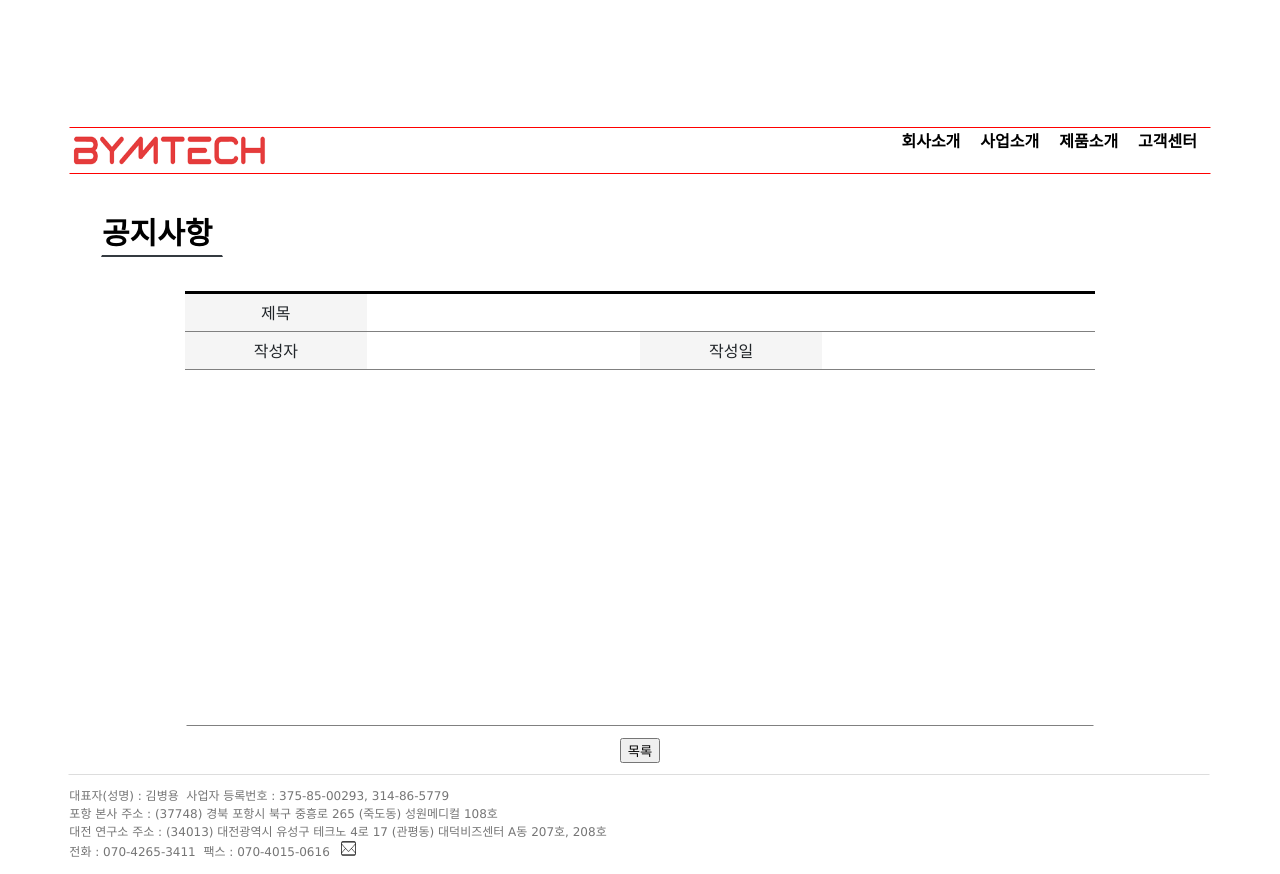
Repository: im4023/Homepage
Page: http://localhost/board/WEB-INF/views/announce/view.jsp
The author's editor kept a copy of each file at every save. The page is drawn from the files as they stood at one save, then again after the next save.
The browser window is 1280 px wide. The pictures show the whole page.
The page is served by Tomcat 9. Nobody is signed in. The template is opened directly, without the code that normally fills it, so the values that code supplies are empty.

Above is the page before, as saved 2020-05-28 02:55:21.

After the next save:
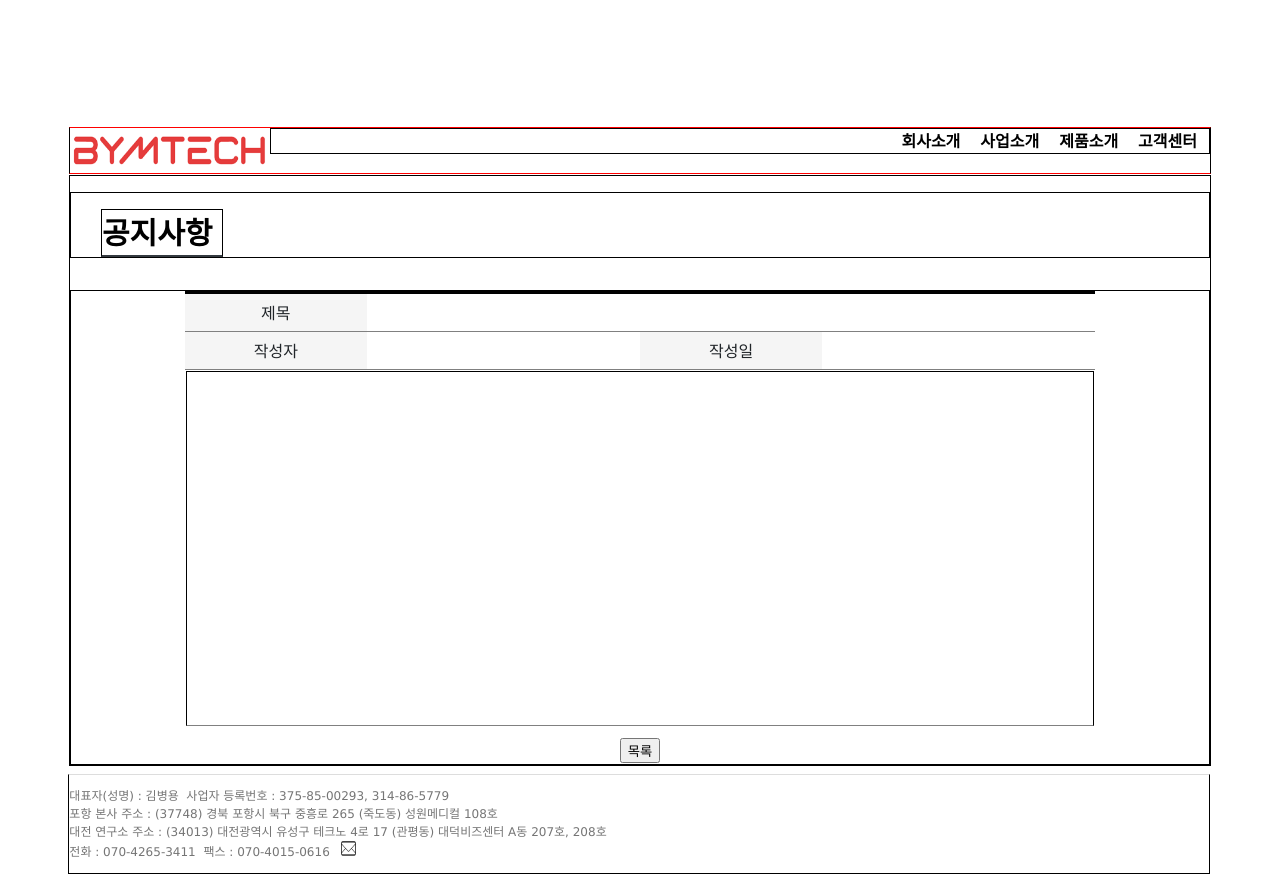
Saved 31 min 22 s later.
--- a/BYMTECH/Homepage_ver1.02/workspace/board/src/main/webapp/resources/css/style.css
+++ b/BYMTECH/Homepage_ver1.02/workspace/board/src/main/webapp/resources/css/style.css
@@ -29,7 +29,7 @@
 
 
 div {
-	border : 1px solid white;
+	border : 1px solid black;
 }
 
 
@@ -747,7 +747,7 @@
 }
 
 .img_intro {
-	width: 90%;
+	 width: 90%;
     height: auto;
     min-width:250px;
     max-height: 480px;
@@ -921,7 +921,14 @@
 	margin-left:20px;
 	margin-right:20px;
 	text-align: center;
-
+	min-width:250px;
+
+}
+
+.googlemap{
+
+	width: 100%;
+	height: 100%;
 }
 
 .inner_title{

After the save that followed:
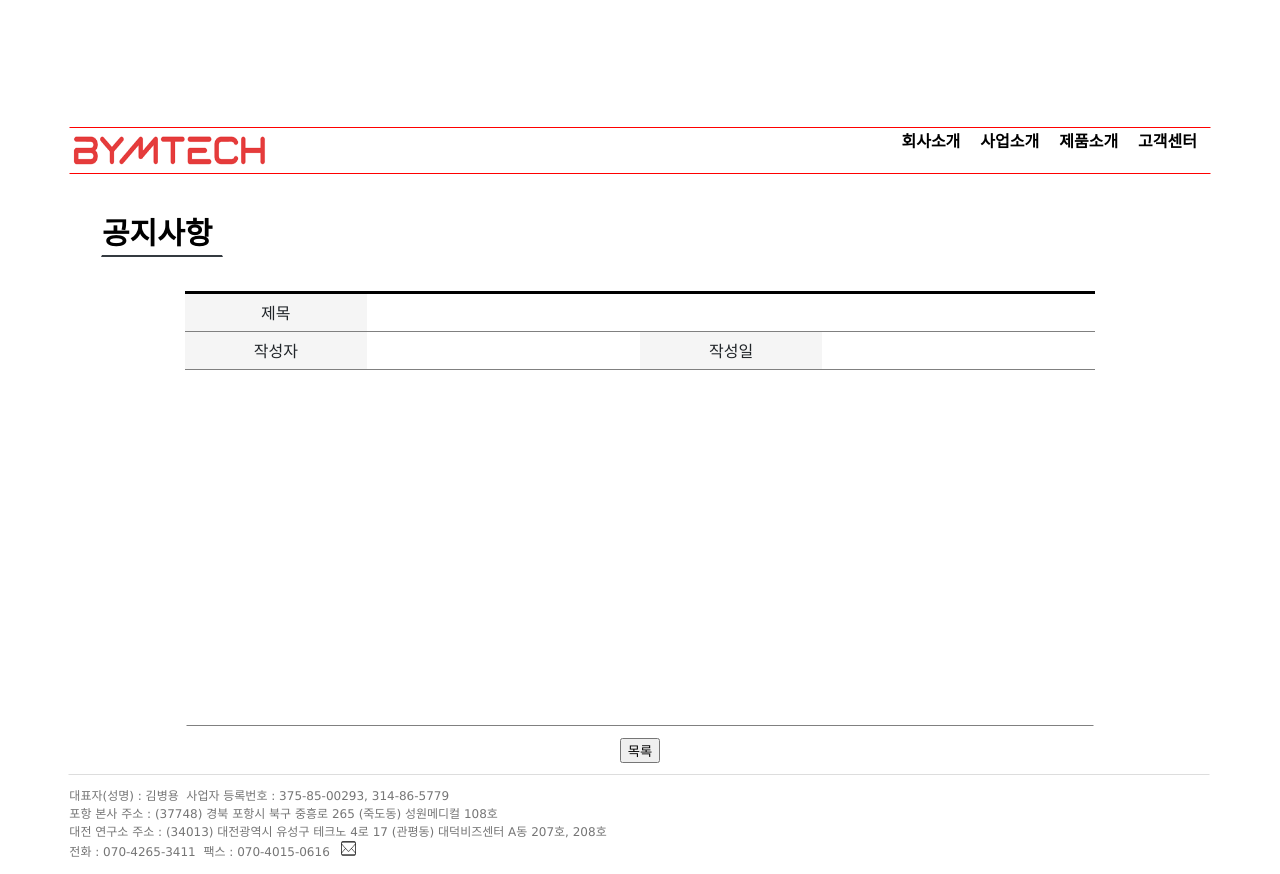
Saved 7 s later.
--- a/BYMTECH/Homepage_ver1.02/workspace/board/src/main/webapp/resources/css/style.css
+++ b/BYMTECH/Homepage_ver1.02/workspace/board/src/main/webapp/resources/css/style.css
@@ -29,7 +29,7 @@
 
 
 div {
-	border : 1px solid black;
+	border : 1px solid white;
 }
 
 
